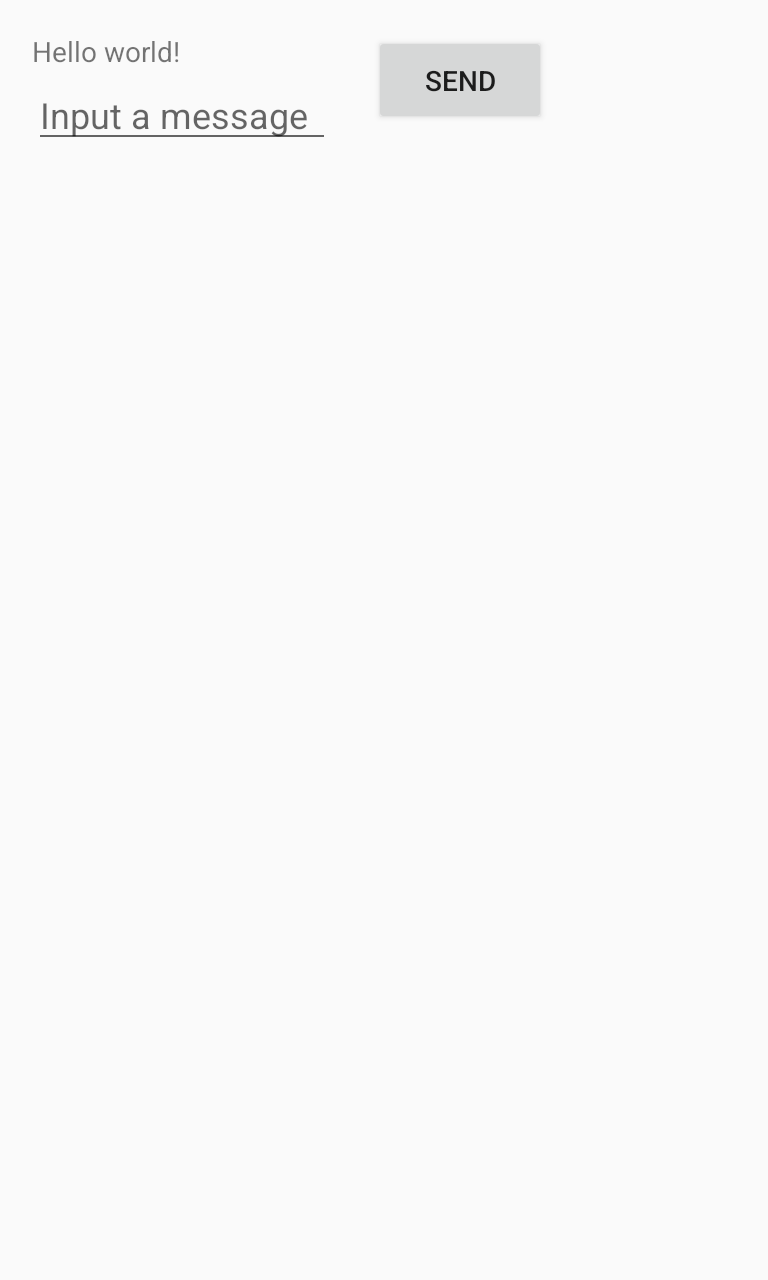
Repository: deanzaka/Shroom-Smart-Terminal
Layout: TestDoang/res/layout/activity_main.xml
An editor plug-in stored every save of this project. The layout is shown before and after the next save, followed by the edit.
It is drawn on a 768 x 1280 px phone screen (xhdpi) without system bars, with theme AppTheme; the app's code is not run.

Above is the layout before, as saved 2014-11-16 18:12:24.

After the next save:
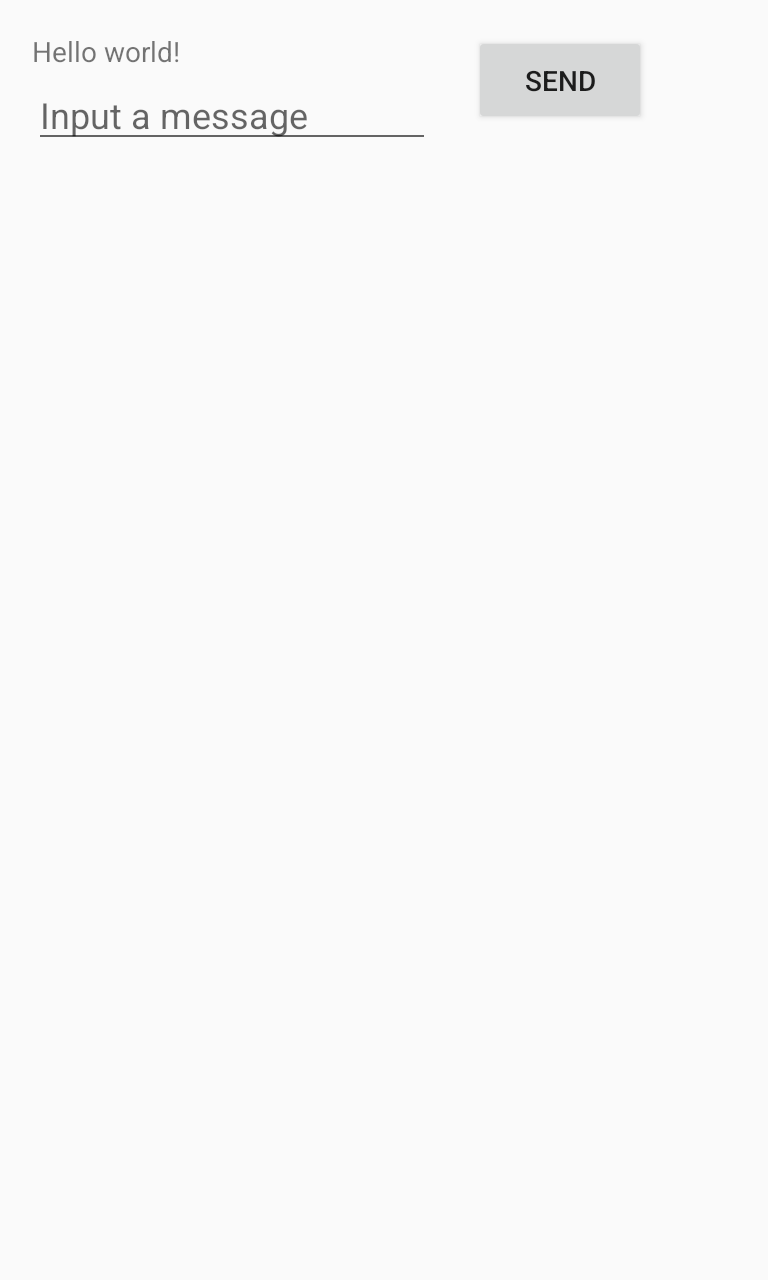
Saved 13 s later.
--- a/TestDoang/res/layout/activity_main.xml
+++ b/TestDoang/res/layout/activity_main.xml
@@ -19,7 +19,7 @@
         android:layout_below="@id/hello"
         android:layout_height="wrap_content"
         android:layout_width="wrap_content"
-        android:width="150dp"
+        android:width="200dp"
         android:hint="@string/edit_msg"
         />
 
